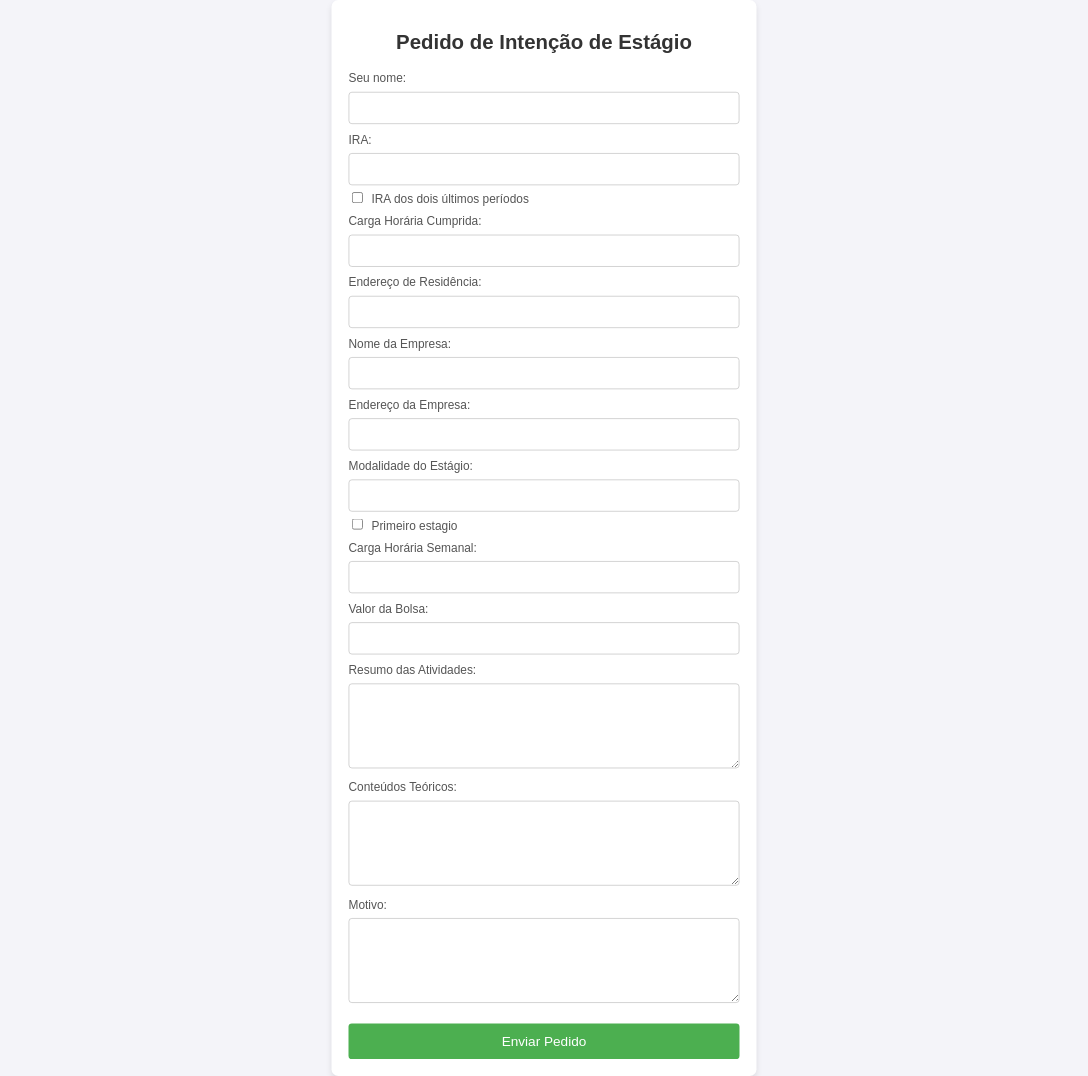
Repository: CronosUchoa/ArqSoft
Page: http://localhost/PedidoIntencaoNovoEstagioRTC-CS/
An editor plug-in stored every save of this project. The page is shown before and after the next save, followed by the edit.
The browser window is 1280 px wide. The pictures show the whole page, at 85% of full size.
The page is served by Tomcat 9. Other server files are loaded and not shown.

Above is the page before, as saved 2024-11-27 12:51:20.

### PedidoIntencaoNovoEstagioRTC-CS/src/main/webapp/WEB-INF/JSPS/index.jsp
<!DOCTYPE html>
<html lang="pt-br">
<head>
    <meta charset="UTF-8">
    <meta name="viewport" content="width=device-width, initial-scale=1.0">
    <title>Formulário de Pedido de Intenção</title>
    <style>
        body {
            font-family: Arial, sans-serif;
            background-color: #f4f4f9;
            display: flex;
            justify-content: center;
            align-items: center;
            margin: 0;
        }
        form {
            background-color: #fff;
            padding: 20px;
            border-radius: 8px;
            box-shadow: 0 4px 8px rgba(0, 0, 0, 0.1);
            width: 100%;
            max-width: 500px;
            box-sizing: border-box;
        }
        h1 {
            text-align: center;
            color: #333;
            font-size: 24px;
            margin-bottom: 20px;
        }
        label {
            font-size: 14px;
            color: #555;
            margin-top: 10px;
            display: block;
        }
        input, textarea, button {
            width: 100%;
            padding: 10px;
            margin-top: 8px;
            border-radius: 4px;
            border: 1px solid #ccc;
            font-size: 14px;
            box-sizing: border-box;
        }
        textarea {
            resize: vertical;
            min-height: 100px;
        }
        button {
            background-color: #4CAF50;
            color: white;
            border: none;
            cursor: pointer;
            font-size: 16px;
            margin-top: 20px;
            padding: 12px;
        }
        button:hover {
            background-color: #45a049;
        }
        /* New styles for checkbox container */
        .checkbox-container {
            display: flex;
            align-items: center;
            margin-top: 8px;
        }
        .checkbox-container input {
            width: auto;
            margin-right: 10px;
            margin-top: 0;
        }
        .checkbox-container label {
            margin-top: 0;
            display: inline;
        }
        .message {
            padding: 10px;
            margin-bottom: 20px;
            text-align: center;
            font-size: 14px;
            border-radius: 4px;
        }
        .success {
            background-color: #e6ffe6;
            color: #4CAF50;
            border: 1px solid #4CAF50;
        }
        .error {
            background-color: #ffe6e6;
            color: #f44336;
            border: 1px solid #f44336;
        }
    </style>
</head>
<body>
    <form action="Controller" method="post" onsubmit="return validarEGerarIdentificador()">
        <h1>Pedido de Intenção de Estágio</h1>
        <input type="hidden" name="action" value="criarPedidoIntencao">

         <!-- Área para mensagens -->
        <%
            String mensagem = (String) request.getAttribute("mensagem");
            String tipoMensagem = (String) request.getAttribute("tipoMensagem");
            if (mensagem != null && tipoMensagem != null) {
        %>
            <div class="message <%= tipoMensagem %>">
                <%= mensagem %>
            </div>
        <% } %>

	    <input type="hidden" name="identificadorExistente" id="identificadorExistente">
	    <input type="hidden" name="identificador" id="identificador">

	    <script>
	    function validarEGerarIdentificador() {
	        // Recupera o identificador do usuário se já existir
	        const identificadorSalvo = localStorage.getItem('identificadorPedido_' + document.getElementById('usuario').value);

	        // Se já existir um identificador para este usuário
	        if (identificadorSalvo) {
	            // Verifica se deseja continuar
	            const confirmar = confirm('Você já tem um pedido de intenção em andamento. Deseja continuar mesmo assim?');

	            if (confirmar) {
	                // Mantém o identificador existente
	                document.getElementById('identificadorExistente').value = identificadorSalvo;
	                return true;
	            } else {
	                // Cancela o envio do formulário
	                return false;
	            }
	        } else {
	            // Gera novo identificador
	            const novoIdentificador = 'ID-' +
	                new Date().getTime() +
	                '-' +
	                Math.random().toString(36).substr(2, 9);

	            // Salva o novo identificador no localStorage
	            localStorage.setItem('identificadorPedido_' + document.getElementById('usuario').value, novoIdentificador);

	            // Define o valor do campo oculto
	            document.getElementById('identificador').value = novoIdentificador;

	            return true;
	        }
	    }
	    </script>

        <label for="usuario">Seu nome:</label>
        <input type="text" name="usuario" id="usuario" required><br>

        <label for="ira">IRA:</label>
        <input type="number" name="ira" id="ira" required><br>

        <div class="checkbox-container">
            <input type="checkbox" name="iraUlt" id="iraUlt" value="true" onclick="this.value = this.checked ? 'true' : 'false';">
            <label for="iraUlt">IRA dos dois últimos períodos</label>
        </div>

        <label for="cargaHorariaCumprida">Carga Horária Cumprida:</label>
        <input type="number" name="cargaHorariaCumprida" id="cargaHorariaCumprida" required><br>

        <label for="enderecoResidencia">Endereço de Residência:</label>
        <input type="text" name="enderecoResidencia" id="enderecoResidencia" required><br>

        <label for="nomeEmpresa">Nome da Empresa:</label>
        <input type="text" name="nomeEmpresa" id="nomeEmpresa" required><br>

        <label for="enderecoEmpresa">Endereço da Empresa:</label>
        <input type="text" name="enderecoEmpresa" id="enderecoEmpresa" required><br>

        <label for="modalidadeEstagio">Modalidade do Estágio:</label>
        <input type="text" name="modalidadeEstagio" id="modalidadeEstagio" required><br>

         <div class="checkbox-container">
            <input type="checkbox" name="primeiroEstagio" id="primeiroEstagio" value="true" onclick="this.value = this.checked ? 'true' : 'false';">
            <label for="primeiroEstagio">Primeiro estagio</label>
        </div>

        <label for="cargaHorariaSemanal">Carga Horária Semanal:</label>
        <input type="number" name="cargaHorariaSemanal" id="cargaHorariaSemanal" required><br>

        <label for="valorBolsa">Valor da Bolsa:</label>
        <input type="number" name="valorBolsa" id="valorBolsa" required><br>

        <label for="resumoAtividades">Resumo das Atividades:</label>
        <textarea name="resumoAtividades" id="resumoAtividades" required></textarea><br>

        <label for="conteudosTeoricos">Conteúdos Teóricos:</label>
        <textarea name="conteudosTeoricos" id="conteudosTeoricos" required></textarea><br>

        <label for="motivo">Motivo:</label>
        <textarea name="motivo" id="motivo" required></textarea><br>

        <button type="submit">Enviar Pedido</button>
    </form>
</body>
</html>

### PedidoIntencaoNovoEstagioRTC-CS/src/main/java/home/home.java
package home;

import java.io.IOException;

import javax.servlet.RequestDispatcher;
import javax.servlet.ServletException;
import javax.servlet.annotation.WebServlet;
import javax.servlet.http.HttpServlet;
import javax.servlet.http.HttpServletRequest;
import javax.servlet.http.HttpServletResponse;

/**
 * Servlet implementation class home
 */
@WebServlet("/")
public class home extends HttpServlet {
	private static final long serialVersionUID = 1L;

    /**
     * @see HttpServlet#HttpServlet()
     */
    public home() {
        super();
        // TODO Auto-generated constructor stub
    }

	/**
	 * @see HttpServlet#doGet(HttpServletRequest request, HttpServletResponse response)
	 */
	protected void doGet(HttpServletRequest request, HttpServletResponse response) throws ServletException, IOException {
		// TODO Auto-generated method stub
		//response.getWriter().append("Served atgab: ").append(request.getContextPath());
		RequestDispatcher dispatcher = request.getRequestDispatcher("./WEB-INF/JSPS/index.jsp");
		dispatcher.forward(request, response);
	}

	/**
	 * @see HttpServlet#doPost(HttpServletRequest request, HttpServletResponse response)
	 */
	protected void doPost(HttpServletRequest request, HttpServletResponse response) throws ServletException, IOException {
		// TODO Auto-generated method stub
		doGet(request, response);
	}

}

After the next save:
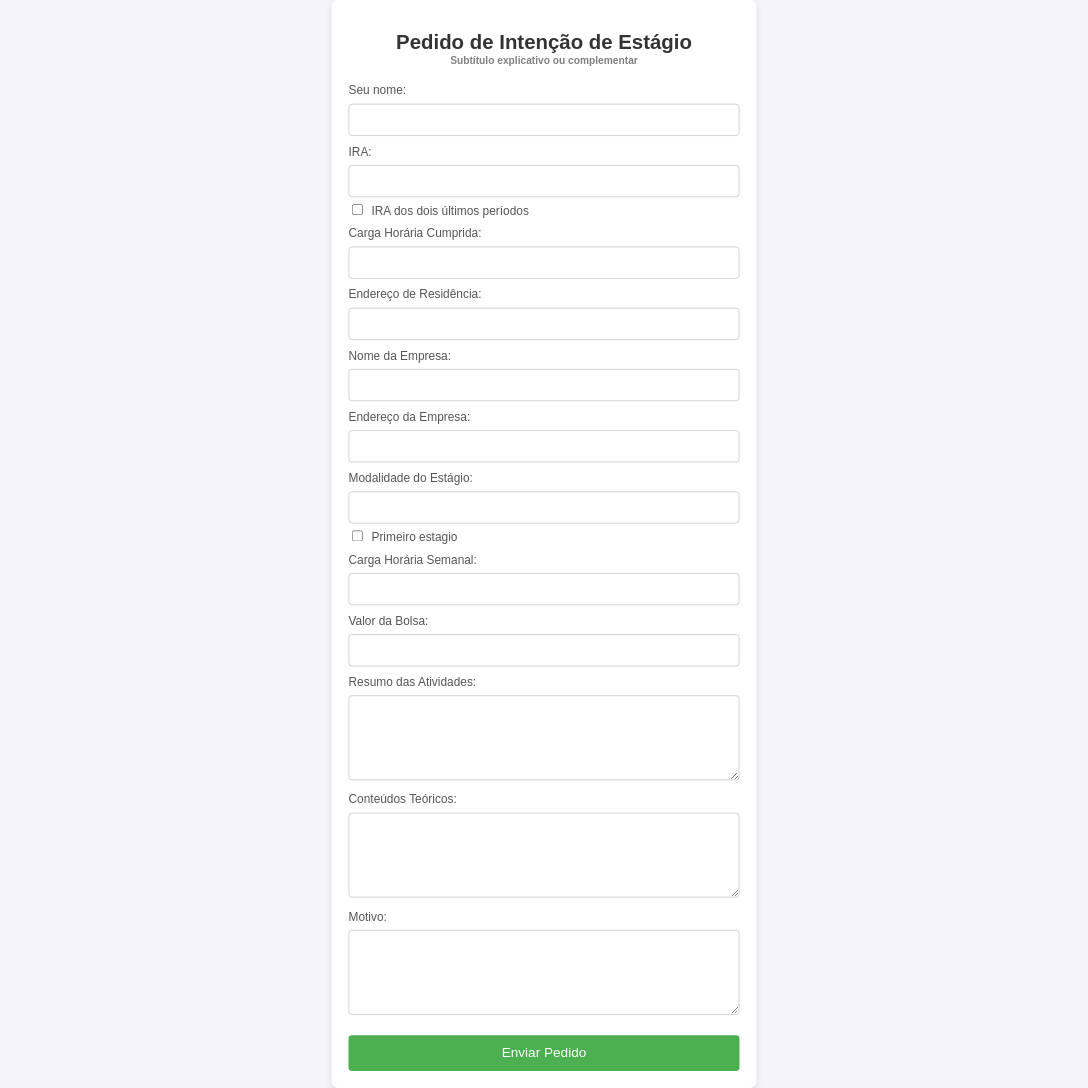
Saved 24 s later.
--- a/PedidoIntencaoNovoEstagioRTC-CS/src/main/webapp/WEB-INF/JSPS/index.jsp
+++ b/PedidoIntencaoNovoEstagioRTC-CS/src/main/webapp/WEB-INF/JSPS/index.jsp
@@ -95,7 +95,10 @@
 </head>
 <body>
     <form action="Controller" method="post" onsubmit="return validarEGerarIdentificador()">
-        <h1>Pedido de Intenção de Estágio</h1>
+        <h1>
+		  Pedido de Intenção de Estágio
+		  <span style="display: block; font-size: 12px; color: gray;">Subtítulo explicativo ou complementar</span>
+		</h1>
         <input type="hidden" name="action" value="criarPedidoIntencao">
 
          <!-- Área para mensagens -->
